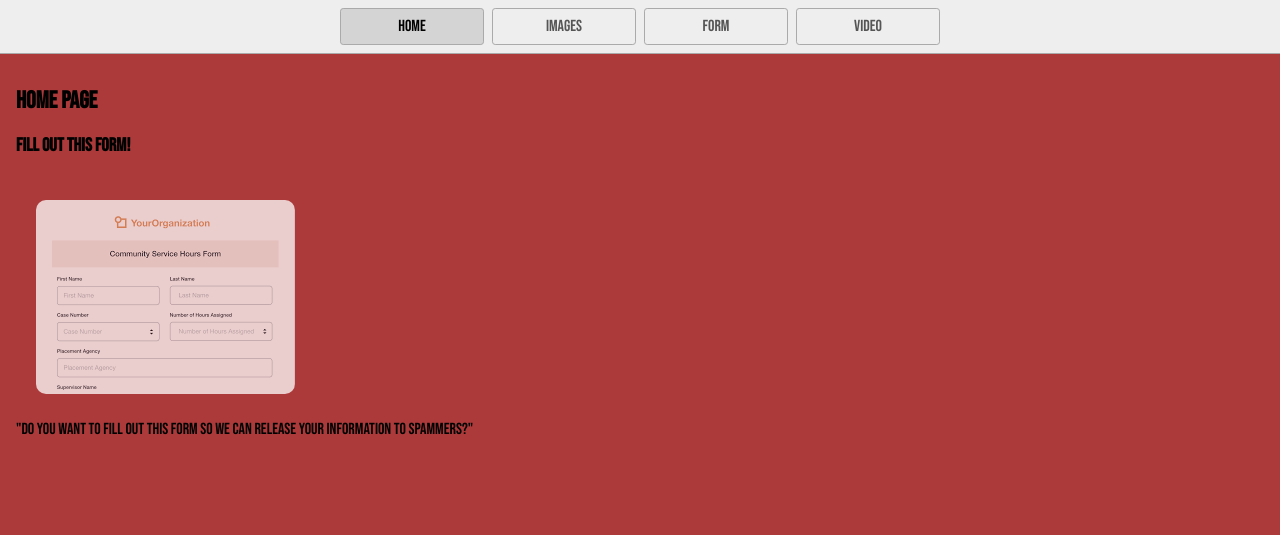
Repository: sebas6292/palmTree-Final
Page: Home.html
An editor plug-in stored every save of this project. The page is shown before and after the next save, followed by the edit.
The browser window is 1280 px wide. The pictures show the whole page.

Above is the page before, as saved 2023-06-03 11:37:38.

After the next save:
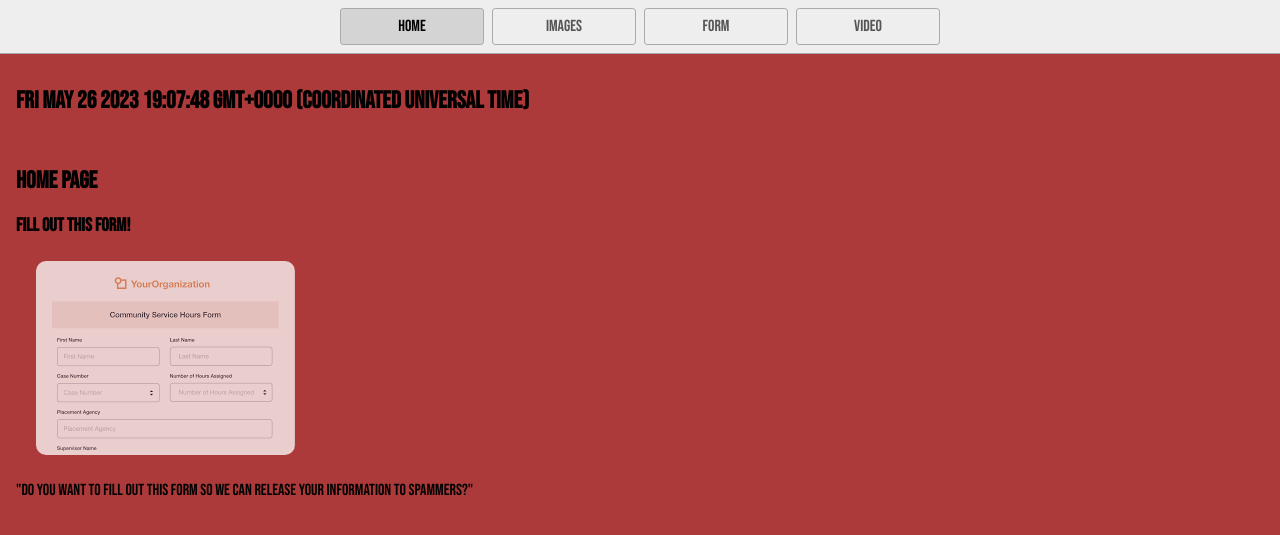
Saved 14 s later.
--- a/Home.html
+++ b/Home.html
@@ -18,11 +18,15 @@
       <a href="/Video.html">Video</a>
     </nav>
     <main>
+      <h1>
+        <script>
+          document.write(Date())
+        </script>
+        </h1>
+        <br>
       <h1>Home page</h1>
       <div>
         <h3>Fill out this Form!</h3>
-
-        <br>
         <a
           href="/Form.html"
         >
